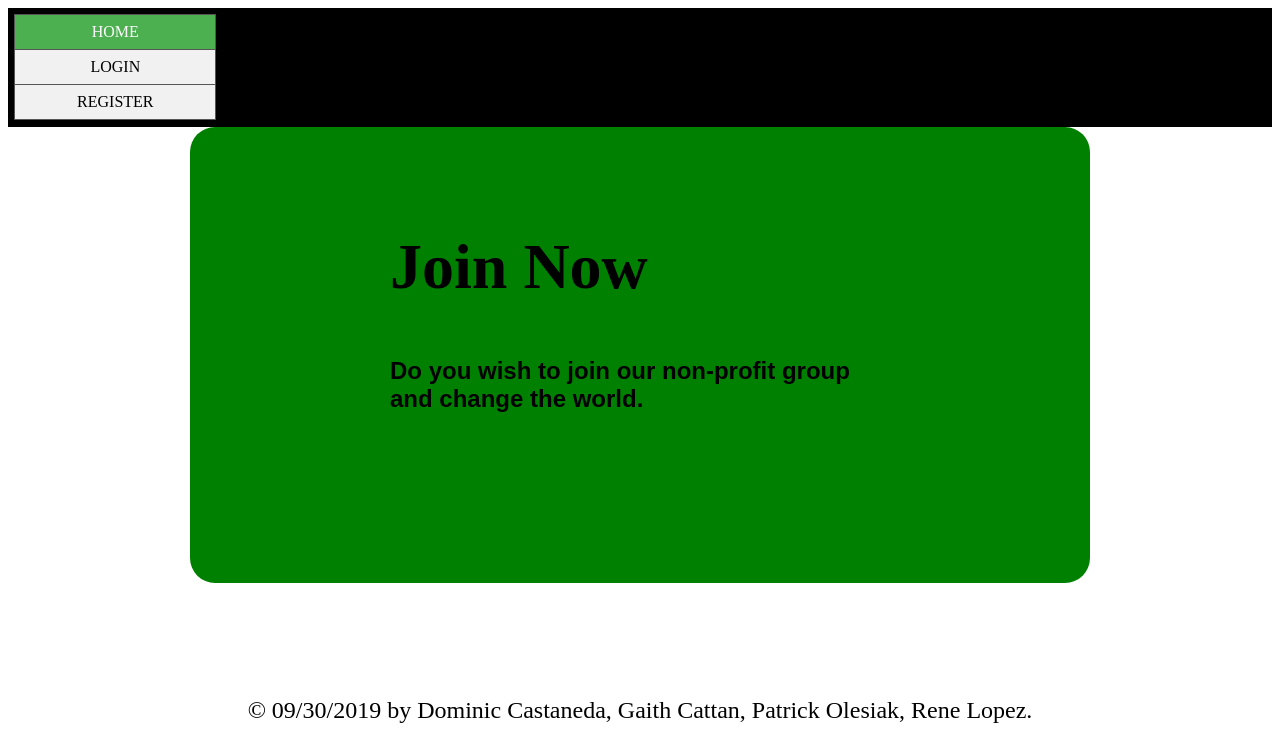
Repository: GaithCattan/COSW30
Page: http://localhost/labwork/homework5/index.php
The author's editor kept a record of every edit. The page is drawn from the files as they stood at one moment, then again after the next edit.
The browser window is 1280 px wide. The pictures show the whole page.
The page is run by PHP 8.4 with error messages shown; the project is at /var/www/html/.

Above is the page before.

After the next edit:
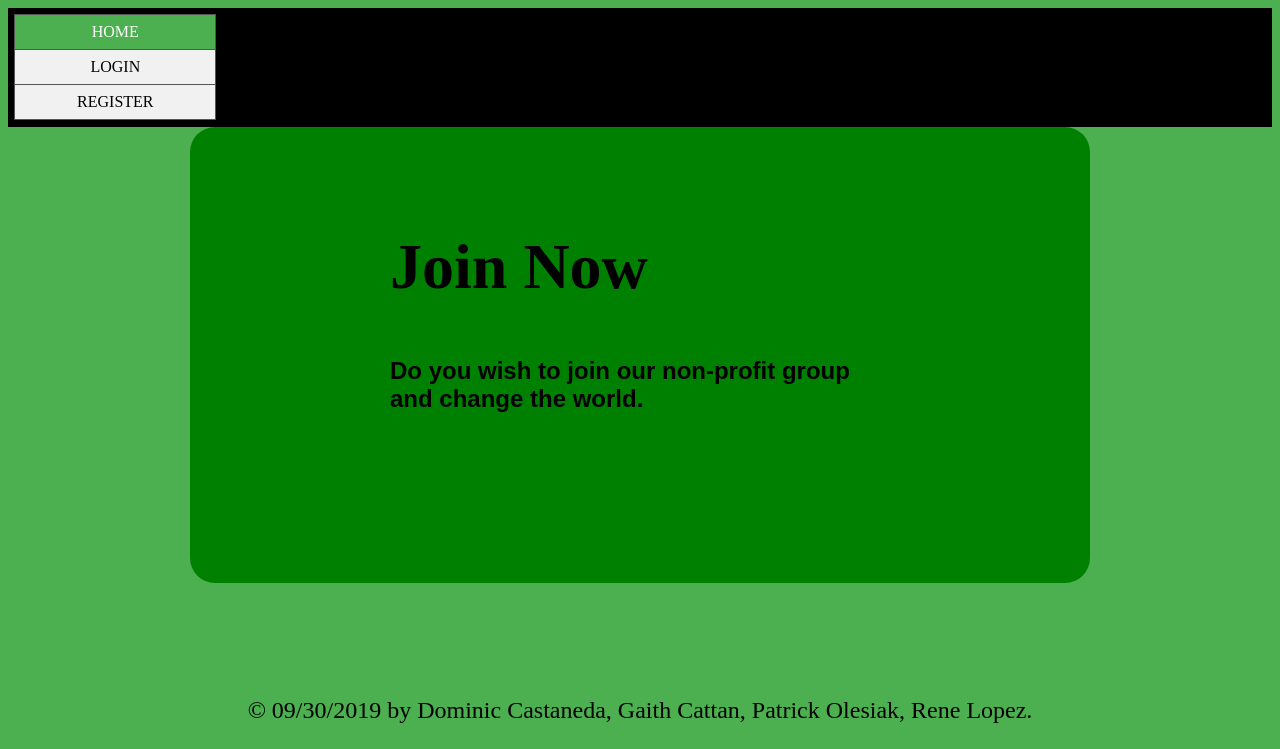
The edit:
--- a/labwork/homework5/includes/header.php
+++ b/labwork/homework5/includes/header.php
@@ -6,7 +6,7 @@
 
             <style>
 
-            body {background-color: white;
+            body {background-color: #4CAF50;
             background-position: center;
             background-repeat: no-repeat;}
             h1 {text-align: center; font-size: 30px; margin-top: 40px; border-radius: 25px; margin-left: auto; margin-right: auto; background-color: grey;}
